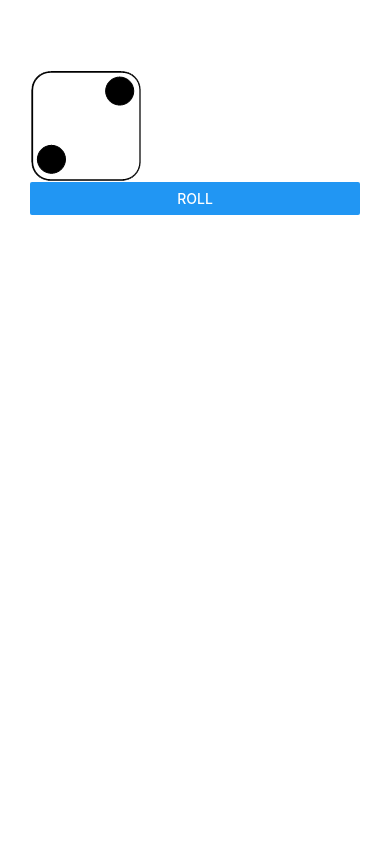
Repository: akinmiday/ReactNativeApp
Screen: /
An editor plug-in stored every save of this project. The screen is shown before and after the next save, followed by the edit.
The app was drawn by React Native's web renderer in a window 390 px wide. The project was rebuilt for these pictures with package versions that can differ from the ones it lists, and the page was loaded fresh each time.

Above is the screen before, as saved 2023-08-03 17:19:07.

### App.js
import { useState } from "react";
import { View, Text, TextInput, Image, Button } from "react-native";
import styles from "./styles";

export default function App() {
  const { container, image } = styles;

  const [dice, setDice] = useState(1);

  const images = {
    pics: {
      0: require("./assets/dice-1.png"),
      1: require("./assets/dice-2.png"),
      2: require("./assets/dice-3.png"),
      3: require("./assets/dice-4.png"),
      4: require("./assets/dice-5.png"),
      5: require("./assets/dice-6.png"),
    },
  };

  return (
    <View style={container}>
      <View style={image}>
        <Image source={images.pics[dice]} />
        <Button
          title="Roll"
          onPress={() => setDice(Math.floor(Math.random() * 6))}
        />
      </View>
    </View>
  );
}

### styles.js
import { StyleSheet } from "react-native";

const styles = StyleSheet.create({
  container: {
    marginTop: 40,
    padding: 20,
    backgroundColor: "white",
    flex: 1,
  },
  image: {
    padding: 10,
  },
});

export default styles;

After the next save:
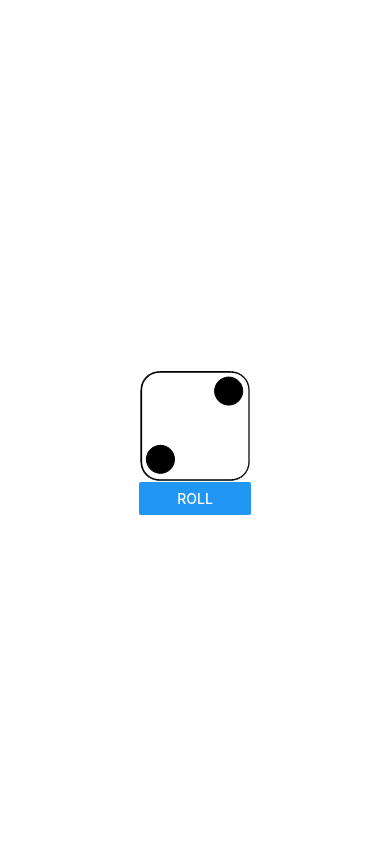
Saved 6 min 27 s later.
--- a/styles.js
+++ b/styles.js
@@ -9,6 +9,7 @@ const styles = StyleSheet.create({
   },
   image: {
     padding: 10,
+    margin: "auto",
   },
 });
 
